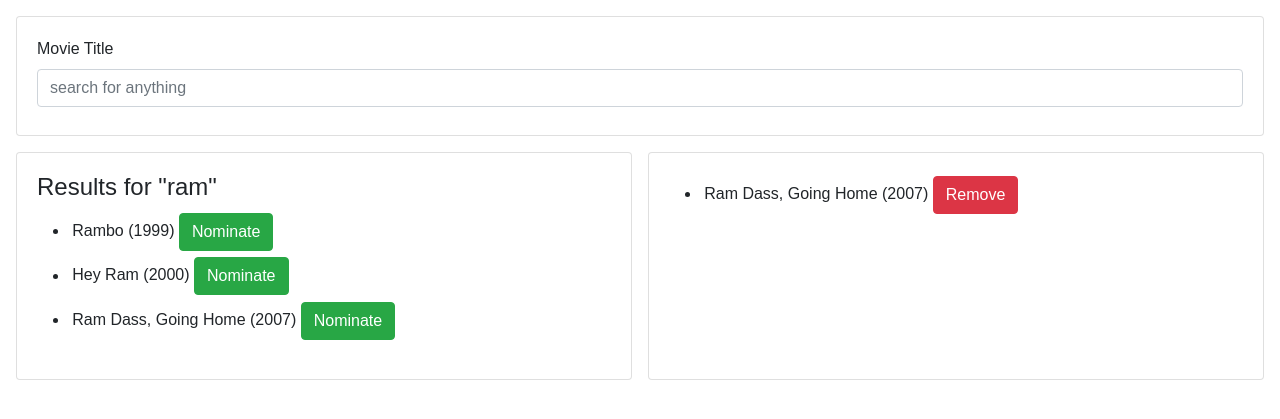
Repository: akinsikuoluwafemi/shoppies-movie-collection
Page: /
The author's editor kept a copy of each file at every save. The page is drawn from the files as they stood at one save, then again after the next save.
The browser window is 1280 px wide. The pictures show the whole page.
The project was rebuilt for these pictures with package versions that can differ from the ones it lists, and the page was loaded fresh each time. Also part of the build but not shown: src/App.css.

Above is the page before, as saved 2021-01-10 09:19:37.

After the next save:
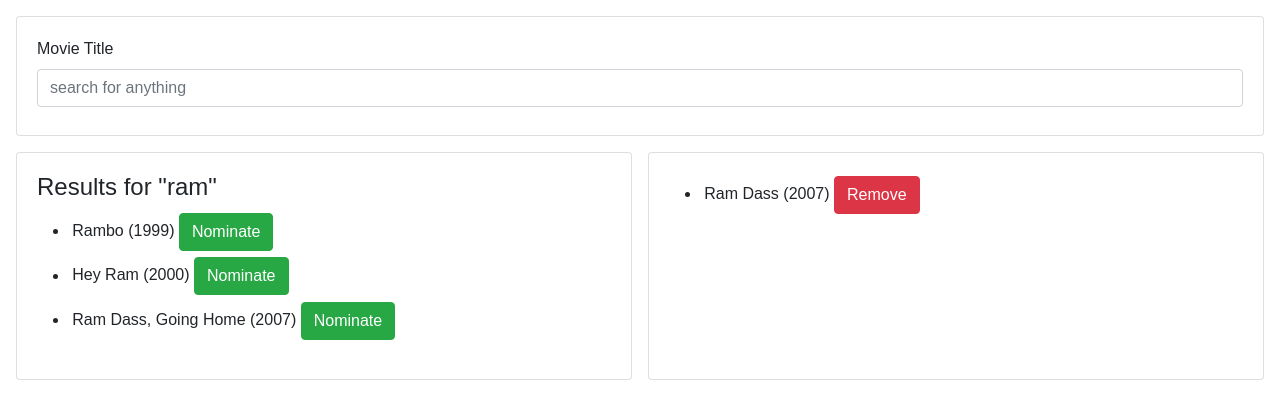
Saved 42 s later.
--- a/src/components/Nominations.js
+++ b/src/components/Nominations.js
@@ -6,7 +6,7 @@ export default function Nominations() {
     return (<CardWrapper>
 
              <ul className="list">
-                <li className="list-item" >Ram Dass, Going Home (2007) <button className="btn btn-danger" >Remove</button></li>
+                <li className="list-item" >Ram Dass (2007) <button className="btn btn-danger" >Remove</button></li>
 
 
             </ul>
